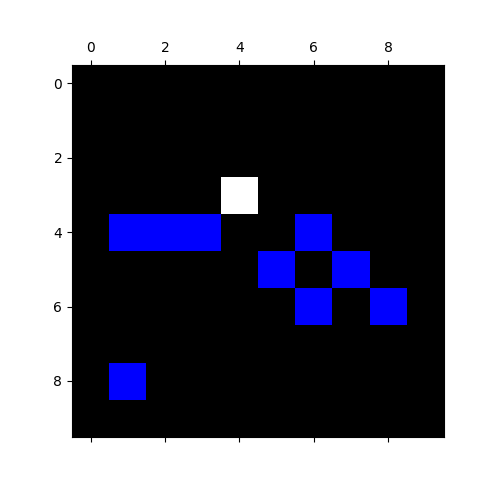
Repository: eduardodut/Trabalho_final_estatistica_cd
Script's output: python src/Simulador.py
These files come from the project's save history. The script's output is drawn as it stood at one moment and after the next save; the edit follows.
Random numbers start from a fixed seed.

Above is the script's output before, as saved 2020-07-12 15:31:27.

### src/Simulador.py
import pandas as pd
import numpy as np
from Matriz_esferica import Matriz_esferica
from Individuo import Individuo, Fabrica_individuo
import random
from itertools import permutations
import matplotlib.pyplot as plt
from matplotlib.colors import ListedColormap
from scipy.sparse import csr_matrix, lil_matrix




class Simulador():
    SADIO = 0
    INFECTADO_TIPO_1 = 1 #assintomáticos e o infectado inicial
    INFECTADO_TIPO_2 = 2 #sintomático
    CURADO = 3
    MORTO = 4

    def __init__(
        self,
        tamanho_matriz,                 #numero de linhas e colunas da matriz esférica
        percentual_inicial_tipo1,       #percentual inicial da população que será infectada tipo 1
        percentual_inicial_tipo2,       #percentual inicial da população que será infectada tipo 2
        chance_infeccao,                #chance que um infectado tipo 2 tem de infectar um indivíduo saudável
        chance_infeccao_tipo2,          #chance de um indivíduo infectado se tornar contagioso
        chance_morte,                   #chance de um indivíduo tipo 2 morrer ao fim de uma atualização
        atualizacoes_cura):             #número de atualizações necessárias para a cura de um indivíduo tipo 1 ou 2

        self.num_atualizacoes = 0
        self.lista_infectados_tipo_2 = []
        self.lista_infectados_tipo_1 = []
        self.num_curados = 0
        self.num_mortos = 0

        self.chance_infeccao = chance_infeccao
        self.chance_infeccao_tipo2 = chance_infeccao_tipo2
        self.chance_morte = chance_morte
        self.atualizacoes_cura = atualizacoes_cura

        self.populacao_inicial = int(tamanho_matriz**2)
        self.num_inicial_tipo2 = int(self.populacao_inicial * percentual_inicial_tipo2)
        self.num_inicial_tipo1 = 1 + int(self.populacao_inicial * percentual_inicial_tipo1)
        self.num_inicial_sadios = self.populacao_inicial - (self.num_inicial_tipo2 + self.num_inicial_tipo1)

        self.matriz_status =lil_matrix((tamanho_matriz, tamanho_matriz),dtype= np.uint8) # np.zeros((tamanho_matriz, tamanho_matriz),dtype= np.uint8)#
        self.matriz_atualizacoes_cura = lil_matrix((tamanho_matriz, tamanho_matriz),dtype= np.uint8)#np.zeros((tamanho_matriz, tamanho_matriz),dtype= np.uint8)#



        #self.matriz_status = self.df_individuos.to_numpy()
        self.popular(tamanho_matriz)

        self.lista_matrizes_status = []


        #objeto que é responsável por validar a movimentação no grid n x n
        self.matriz_esferica = Matriz_esferica(tamanho_matriz)




        dict = {
                'num_sadios':self.num_inicial_sadios,
                'num_infect_t1':self.num_inicial_tipo1,
                'num_infect_t2':self.num_inicial_tipo2,
                'num_curados':0,
                'num_mortos':0}



        #dataframe que guardará os resultados de cada atualização
        self.dataframe = pd.DataFrame(dict,index = [0])
        self.salvar_posicionamento()


    def criar_individuo(self, status, posicao):

        self.matriz_status[posicao[0], posicao[1]] = status
        if status == self.INFECTADO_TIPO_1 or status == self.INFECTADO_TIPO_2:
            self.matriz_atualizacoes_cura[posicao[0], posicao[1]] = self.atualizacoes_cura
        else:
            self.matriz_atualizacoes_cura[posicao[0], posicao[1]] = 0


    def salvar_posicionamento(self):

        self.lista_matrizes_status.append(self.matriz_status)


    def verificar_infeccao(self, lista_infectantes):
        lista_novos_infectados_tipo1 = []
        lista_novos_infectados_tipo2 = []
        #itera sobre sobre a lista de individuos que infectam e cada um realiza a tividade de infectar
        for indice_infectante in lista_infectantes:

            #busca os vizinhos do infectante atual
            lista_vizinhos = self.matriz_esferica.get_vizinhos(indice_infectante)

            #Para cada vizinho, se ele for sadio, é gerado um número aleatório para verificar se foi infectado
            for indice_vizinho in lista_vizinhos:

                #verificação de SADIO
                if self.verifica_status(indice_vizinho) == self.SADIO:
                    #verificação do novo status
                    novo_status = self.infectar(chance_infeccao, chance_infeccao_tipo2)
                    #se for um infectado tipo 1
                    if novo_status == Individuo.INFECTADO_TIPO_1:
                        #adiciona na lista de novos tipo 1
                        lista_novos_infectados_tipo1.append(indice_vizinho)
                    if novo_status == Individuo.INFECTADO_TIPO_2:
                        #adiciona na lista de novos tipo 2
                        lista_novos_infectados_tipo2.append(indice_vizinho)


        return lista_novos_infectados_tipo1, lista_novos_infectados_tipo2

    def checagem_morte_individual(self, chance_morte):
        rng_morte = random.random()
        if rng_morte <= chance_morte:

            return self.MORTO
        else:
            return self.INFECTADO_TIPO_2

    def checar_cura_individual(self, indice):

        self.matriz_atualizacoes_cura[indice[0], indice[1]] = self.matriz_atualizacoes_cura[indice[0], indice[1]] - 1
        if self.matriz_atualizacoes_cura[indice[0], indice[1]] == 0:
            return self.CURADO
        else:
            return self.matriz_status[indice[0], indice[1]]

    def checagem_morte_lista(self, lista_infectantes):
        lista_mortos = []
        for indice_infectante in lista_infectantes:
            novo_status = self.checagem_morte_individual(self.chance_morte)
            if novo_status == Individuo.MORTO:
                lista_mortos.append(indice_infectante)
        return lista_mortos


    def checagem_cura_lista(self, lista_infectantes):
        lista_curados = []
        for indice_infectante in lista_infectantes:
            novo_status = self.checar_cura_individual(indice_infectante)
            if novo_status == Individuo.CURADO:
                lista_curados.append(indice_infectante)

        return lista_curados




    def iterar(self):

        #Verifica os novos infectados por infectantes do tipo 1 e 2
        #print(self.lista_infectados_tipo_1+self.lista_infectados_tipo_2)
        lista_novos_infectados_tipo1, lista_novos_infectados_tipo2 = self.verificar_infeccao(self.lista_infectados_tipo_1+self.lista_infectados_tipo_2)

        for indice in lista_novos_infectados_tipo1:
            self.criar_individuo(self.INFECTADO_TIPO_1, indice)
        for indice in lista_novos_infectados_tipo2:
            self.criar_individuo(self.INFECTADO_TIPO_2, indice)


        #Verifica morte dos infectados tipo 2
        lista_mortos = self.checagem_morte_lista(self.lista_infectados_tipo_2)
        #retira os indices dos individuos mortos da lista de infectados
        self.lista_infectados_tipo_2 = [indice for indice in self.lista_infectados_tipo_2 if indice not in lista_mortos]
        #Instancia individuos mortos na matriz
        for indice in lista_mortos:
            self.criar_individuo(self.MORTO, indice)
        #atualiza o número de mortos na matriz
        #self.num_mortos = self.num_mortos + len(lista_mortos)

        #Verifica cura dos infectados tipo 1
        lista_curados_t1 = self.checagem_cura_lista(self.lista_infectados_tipo_1)

        #Verifica cura dos infectados tipo 2
        lista_curados_t2 = self.checagem_cura_lista(self.lista_infectados_tipo_2 )

        #Instancia individuos mortos na matriz
        for indice in lista_curados_t1+lista_curados_t2:
            self.criar_individuo(self.CURADO, indice)

        #atualiza o número de curados na matriz
        #self.num_curados = self.num_curados + len(lista_curados_t1 + lista_curados_t2)


        #Atualiza a lista de infectados após a cura dos individuos
        self.lista_infectados_tipo_1 = [indice for indice in self.lista_infectados_tipo_1 if indice not in lista_curados_t1]
        self.lista_infectados_tipo_2 = [indice for indice in self.lista_infectados_tipo_2 if indice not in lista_curados_t2]

        #movimentação
        for indice in self.lista_infectados_tipo_1+self.lista_infectados_tipo_2:
            self.mover_infectante(indice)


        self.lista_infectados_tipo_1 = []
        self.lista_infectados_tipo_2 = []
        # matriz_infectantes = self.matriz_status[self.matriz_status > 0]
        # matriz_infectantes = matriz_infectantes[matriz_infectantes < 3]
        indices_nao_sadios = zip(*self.matriz_status.nonzero())
        self.num_curados = 0
        self.num_mortos = 0
        for indice in indices_nao_sadios:

            status = self.matriz_status[indice[0], indice[1]]
            if status == self.INFECTADO_TIPO_1:
                self.lista_infectados_tipo_1.append(indice)
            if status == self.INFECTADO_TIPO_2:
                self.lista_infectados_tipo_2.append(indice)
            if status == self.CURADO:
                self.num_curados +=1
            if status == self.MORTO:
                self.num_mortos +=1



        dict = {'num_sadios': self.populacao_inicial - len(self.lista_infectados_tipo_1) -len(self.lista_infectados_tipo_2) -self.num_curados-self.num_mortos,
                'num_infect_t1': len(self.lista_infectados_tipo_1),
                'num_infect_t2': len(self.lista_infectados_tipo_2),
                'num_curados': self.num_curados,
                'num_mortos': self.num_mortos}

        self.dataframe = self.dataframe.append(dict, ignore_index=True)

        self.salvar_posicionamento()

        #adiciona 1 ao número de atualizações realizadas na matriz
        self.num_atualizacoes +=1

    def infectar(self, chance_infeccao, chance_infeccao_tipo2):
        saida = Individuo.SADIO

        #número aleatório para chance de infectar o vizinho
        rng_infeccao = random.random()
        if rng_infeccao <= chance_infeccao:
            #número aleatório para chance de infecção tipo 1 ou 2
            rng_infeccao_tipo2 = random.random()
            if rng_infeccao_tipo2 <= chance_infeccao_tipo2:
                saida = Individuo.INFECTADO_TIPO_2
            else:
                saida = Individuo.INFECTADO_TIPO_1
        return saida

    def popular(self, tamanho_matriz):

        #lista de possíveis combinações de índices da matriz de dados
        permutacoes = permutations(list(range(tamanho_matriz)),2)
        #conversão para lista de tuplas(x,y)
        lista_indices = list(permutacoes)
        #embaralhamento dos índices
        random.shuffle(lista_indices)

        #cria o primeiro tipo1:
        indice = lista_indices.pop()
        self.criar_individuo(Individuo.INFECTADO_TIPO_1, indice)
        self.lista_infectados_tipo_1.append(indice)
        #cria o restante dos tipos 1
        for i in range(1,self.num_inicial_tipo1):
            indice = lista_indices.pop()
            self.criar_individuo(Individuo.INFECTADO_TIPO_1,indice)
            self.lista_infectados_tipo_1.append(indice)
        #cria o restante dos tipo 2:
        for indice in range(self.num_inicial_tipo2):
            indice = lista_indices.pop()
            self.criar_individuo(Individuo.INFECTADO_TIPO_2,indice)
            self.lista_infectados_tipo_2.append(indice)

    def trocar(self,matriz,ponto_ini,ponto_final):
        x_ini = ponto_ini[0]
        y_ini = ponto_ini[1]
        x_fin = ponto_final[0]
        y_fin = ponto_final[1]

        aux = matriz[x_fin,y_fin]
        matriz[x_fin,y_fin] = matriz[x_ini,y_ini]
        matriz[x_ini,y_ini] = aux


    def verifica_status(self, indice):
        return self.matriz_status[indice[0], indice[1]]

    def mover_infectante(self, posicao_inicial):
        pos_x, pos_y = posicao_inicial[0], posicao_inicial[1]
        rng_posicao = random.random()
        if rng_posicao <=0.25:
            #move pra cima
            pos_x -= 1
        elif rng_posicao <=0.5:
            #move pra baixo
            pos_x += 1
        elif rng_posicao <=0.75:
            #move para esquerda
            pos_y -= 1
        else:
            #move para direita
            pos_y += 1

        posicao_final= self.matriz_esferica.valida_ponto_matriz(pos_x, pos_y)


        self.trocar(self.matriz_status, posicao_inicial, posicao_final)
        self.trocar(self.matriz_atualizacoes_cura, posicao_inicial, posicao_final)
        return posicao_final






chance_infeccao = 0.3
chance_infeccao_tipo2 = 0.3
chance_morte = 0.3
atualizacoes_cura = 10
percentual_inicial_tipo1 = 0.0
percentual_inicial_tipo2 = 0.8


sim = Simulador(
    10,
    percentual_inicial_tipo1,
    percentual_inicial_tipo2,
    chance_infeccao,
    chance_infeccao_tipo2,
    chance_morte,atualizacoes_cura)

#print(sim.lista_matrizes_posicionamento[0])
#print(sim.lista_infectados_tipo_2)
#print(sim.lista_infectados_tipo_1)
cmap = ListedColormap(['w', 'y', 'r', 'blue', 'black'])


while (sim.dataframe.iloc[-1]['num_infect_t1']+sim.dataframe.iloc[-1]['num_infect_t2']) > 0:
    #plt.matshow(sim.matriz_status.toarray(), cmap = cmap, vmin= 0, vmax = 4)
 #   print(sim.dataframe.iloc[-1])
    sim.iterar()
    #print(sim.dataframe.iloc[-1])
    #print("xxxxxxxxxxxxxxxxxTipo: ",type(sim.lista_matrizes_posicionamento[len(sim.lista_matrizes_posicionamento)-1].toarray()))
plt.matshow(sim.matriz_status.toarray(), cmap = cmap, vmin= 0, vmax = 4)
print(sim.dataframe)
plt.show()
# for i in range(30):
#     #plt.matshow(sim.lista_matrizes_status[i].toarray(), cmap = cmap, vmin= 0, vmax = 4)
#     sim.iterar()
# print(sim.dataframe)
# plt.show()

### src/Matriz_esferica.py

import random

class Matriz_esferica():

    def __init__(self, tamanho):
        self.tamanho = tamanho

    def get_vizinho_esquerda(self, indice_x: int, indice_y: int):
        return self.checa_limite_matriz(indice_x), self.checa_limite_matriz(indice_y -1)

    def get_vizinho_direita(self, indice_x: int, indice_y: int):
        return self.checa_limite_matriz(indice_x), self.checa_limite_matriz(indice_y + 1)

    def get_vizinho_cima(self, indice_x: int, indice_y: int):
        return self.checa_limite_matriz(indice_x - 1), self.checa_limite_matriz(indice_y)

    def get_vizinho_baixo(self, indice_x: int, indice_y: int):
        return self.checa_limite_matriz(indice_x + 1), self.checa_limite_matriz(indice_y)

    def get_vizinhos(self, indice):
        indice_x = indice[0]
        indice_y = indice[1]
        return self.get_vizinho_cima(indice_x,indice_y), self.get_vizinho_baixo(indice_x,indice_y),  self.get_vizinho_esquerda(indice_x,indice_y), self.get_vizinho_direita(indice_x,indice_y)

    def checa_limite_matriz(self, indice):

        if indice < 0:
            return self.tamanho + indice
        elif indice > self.tamanho - 1:
            return indice - self.tamanho
        else:
            return indice

    def valida_ponto_matriz(self, indice_x: int, indice_y: int):

        return self.checa_limite_matriz(indice_x), self.checa_limite_matriz(indice_y)

    #devolve um ponto aleatório vizinho da matriz a partir do ponto especificado em uma das 8 direções
    def passo(self, indice_x: int, indice_y: int, tamanho_max_passo: int):

        passo_x = tamanho_max_passo if random.random() >=0.5 else -tamanho_max_passo
        passo_y = tamanho_max_passo if random.random() >=0.5 else -tamanho_max_passo
        return self.checa_limite_matriz(indice_x + passo_x), self.checa_limite_matriz(indice_y + passo_y)

### src/Individuo.py
import random

class Individuo():

    SADIO = 0
    INFECTADO_TIPO_1 = 1 #assintomáticos e o infectado inicial
    INFECTADO_TIPO_2 = 2 #sintomático
    CURADO = 3
    MORTO = 4

    def __init__(
        self,
        status,
        atualizacoes_cura,
        posicao):

        self.status = status
        self.atualizacoes_cura = atualizacoes_cura
        self.posicao = posicao
    # def __repr__(self):
    #     return  str(self.status)




    def infectar(self, chance_infeccao, chance_infeccao_tipo2):
        saida = Individuo.SADIO
        if (self.status == Individuo.INFECTADO_TIPO_2 or self.status == Individuo.INFECTADO_TIPO_1):
            #número aleatório para chance de infectar o vizinho
            rng_infeccao = random.random()
            if rng_infeccao <= chance_infeccao:
                #número aleatório para chance de infecção tipo 1 ou 2
                rng_infeccao_tipo2 = random.random()
                if rng_infeccao_tipo2 <= chance_infeccao_tipo2:
                    saida = Individuo.INFECTADO_TIPO_2
                else:
                    saida = Individuo.INFECTADO_TIPO_1



        return saida

    def checagem_morte(self, chance_morte):

        if self.status == Individuo.INFECTADO_TIPO_2:
            rng_morte = random.random()
            if rng_morte <= chance_morte:
                self.status = Individuo.MORTO
                return self.status

        return self.checagem_cura()

    def checagem_cura(self):
        if self.status == Individuo.INFECTADO_TIPO_2 or self.status == Individuo.INFECTADO_TIPO_1:
            self.atualizacoes_cura = self.atualizacoes_cura - 1

            if self.atualizacoes_cura == 0:
                self.status = Individuo.CURADO

        return self.status



class Fabrica_individuo():

    def __init__(
        self,
        atualizacoes_cura):             #número de atualizações necessárias para a cura de um indivíduo tipo 1 ou 2

        self.atualizacoes_cura = atualizacoes_cura

    def criar_individuo(self, status_inicial, posicao):

        return Individuo(
            status_inicial,
            self.atualizacoes_cura,
            posicao)

After the next save:
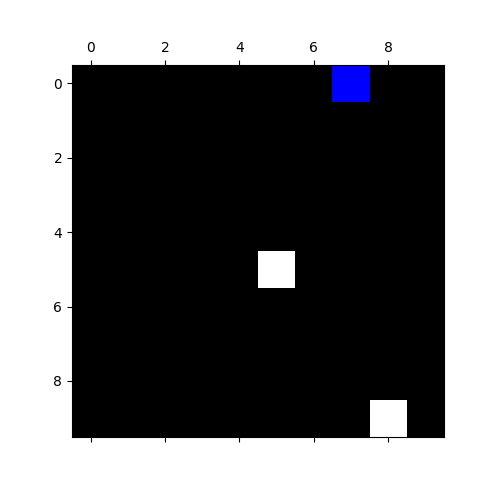
Saved 25 s later.
--- a/src/Simulador.py
+++ b/src/Simulador.py
@@ -313,8 +313,8 @@ class Simulador():
 
 
 chance_infeccao = 0.3
-chance_infeccao_tipo2 = 0.3
-chance_morte = 0.3
+chance_infeccao_tipo2 = 1
+chance_morte = 0.8
 atualizacoes_cura = 10
 percentual_inicial_tipo1 = 0.0
 percentual_inicial_tipo2 = 0.8
